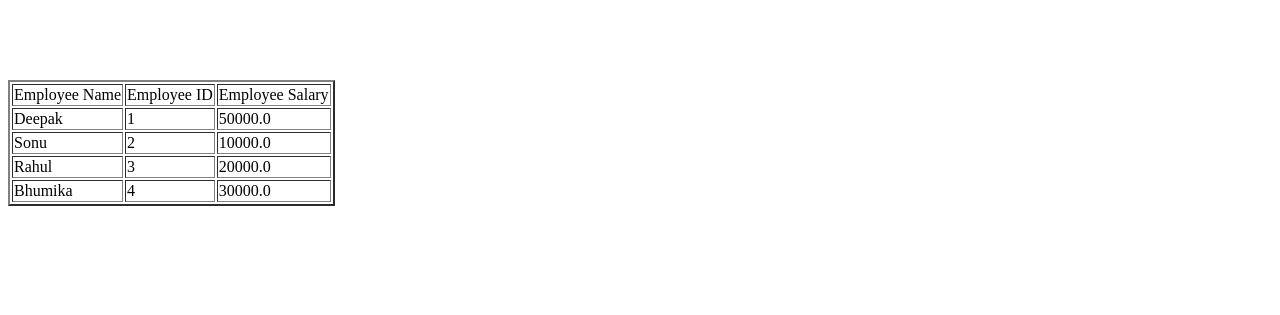
Repository: bhatideepak599/JspServlets
Page: http://localhost/05-java-jstl-tag-demo/jstl-employee-foreach.jsp
An editor plug-in stored every save of this project. The page is shown before and after the next save, followed by the edit.
The browser window is 1280 px wide. The pictures show the whole page.
The page is served by Tomcat 9.

Above is the page before, as saved 2024-07-15 08:14:34.

After the next save:
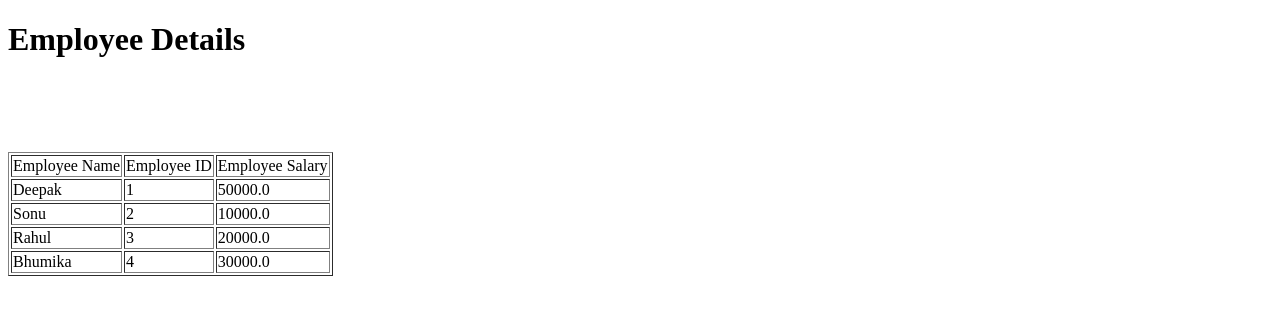
Saved 62 s later.
--- a/05-java-jstl-tag-demo/WebContent/jstl-employee-foreach.jsp
+++ b/05-java-jstl-tag-demo/WebContent/jstl-employee-foreach.jsp
@@ -26,7 +26,8 @@
 		 pageContext.setAttribute("theEmployees",lst);
 
 	%>
-	<table border=2px>
+	<h1> <b>Employee Details </b></h1>
+	<table border 2px >
 		<tr>
 			<td>Employee Name</td>
 			<td>Employee ID</td>
